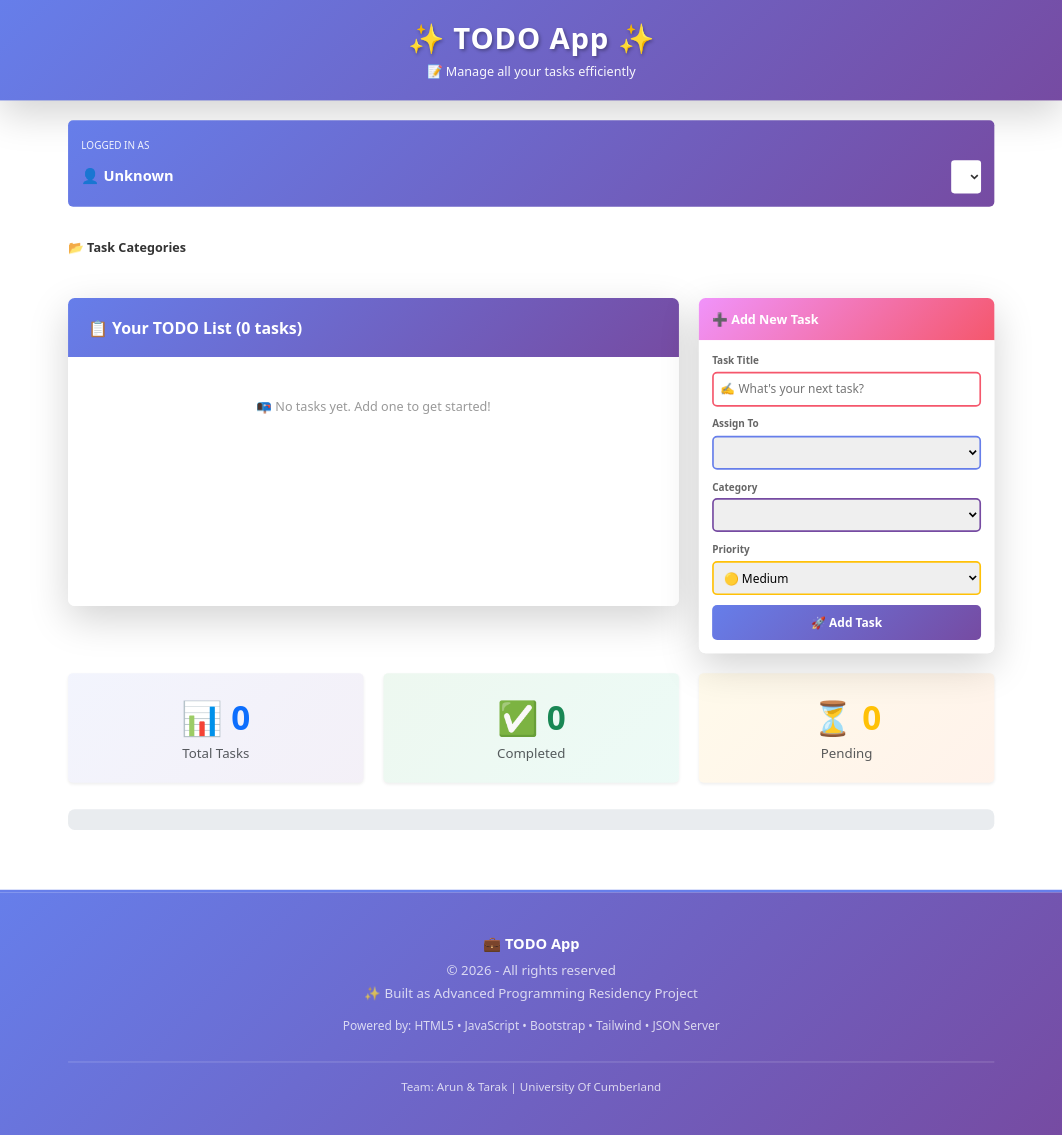
Repository: arunkr12/Master-In-Computer-Science
Page: Advanced Programming Language/Residency Project Team One Arun Javascript Version/TODO/index.html
These files come from the project's save history. The page is drawn as it stood at one moment and after the next save; the edit follows.
The browser window is 1280 px wide. The pictures show the whole page, at 83% of full size.
The page's requests for data from a server got no answer. Some web libraries are served in a nearby version.

Above is the page before, as saved 2026-02-21 08:35:39.

After the next save:
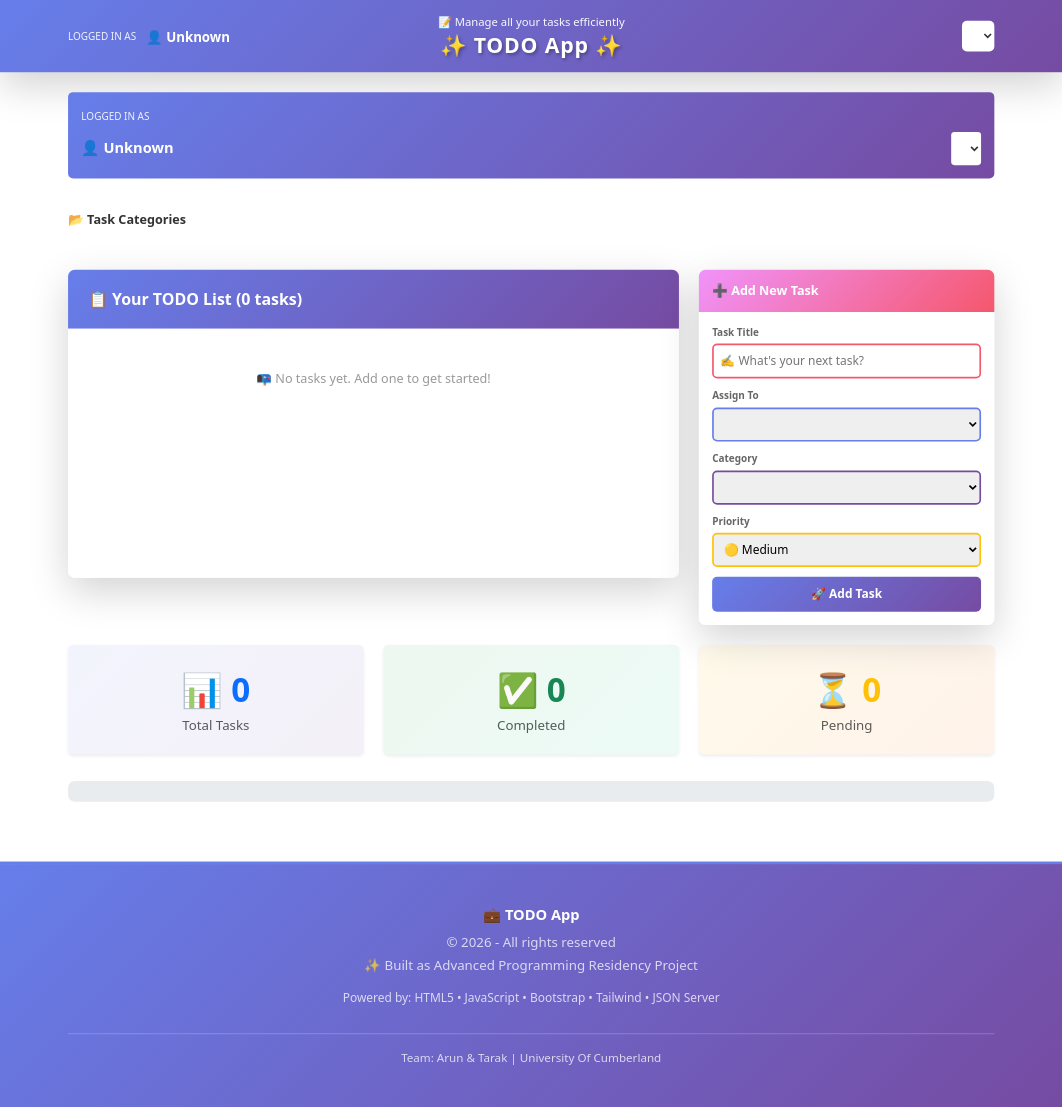
Saved 5 min 53 s later.
--- a/Advanced Programming Language/Residency Project Team One Arun Javascript Version/TODO/Header/Header.js
+++ b/Advanced Programming Language/Residency Project Team One Arun Javascript Version/TODO/Header/Header.js
@@ -5,19 +5,51 @@ class Header {
   ) {
     this.title = title;
     this.subtitle = subtitle;
+    this.users = [];
+    this.currentUserId = 1;
+  }
+
+  setUsers(users) {
+    this.users = users || [];
+  }
+
+  setCurrentUser(userId) {
+    this.currentUserId = userId;
+  }
+
+  getCurrentUser() {
+    return this.users.find((u) => u.id === this.currentUserId);
   }
 
   render() {
+    const currentUser = this.getCurrentUser();
     return `
-      <header class="bg-gradient-primary text-white py-4 shadow-lg" style="background: linear-gradient(135deg, #667eea 0%, #764ba2 100%);">
+      <header class="bg-gradient-primary text-white py-3 shadow-lg" style="background: linear-gradient(135deg, #667eea 0%, #764ba2 100%);">
         <div class="container">
-          <div class="text-center">
-            <h1 class="m-0 fw-bold" style="text-shadow: 2px 2px 4px rgba(0,0,0,0.3); letter-spacing: 1px; font-size: 2.2rem;">
-              ✨ ${this.title} ✨
-            </h1>
-            <p class="m-0 mt-2 text-white" style="font-size: 0.95rem; opacity: 0.95;">
-              📝 ${this.subtitle}
-            </p>
+          <div style="display:flex; align-items:center; justify-content:space-between; gap:1rem;">
+            <div style="display:flex; align-items:center; gap:0.75rem; flex:1;">
+              <div style="font-size:0.75rem; color: rgba(255,255,255,0.9);">LOGGED IN AS</div>
+              <div style="font-weight:700; font-size:1rem;">👤 ${currentUser ? currentUser.name : 'Unknown'}</div>
+            </div>
+
+            <div style="flex:2; text-align:center;">
+              <div style="font-size:0.85rem; opacity:0.95; margin-bottom:0.25rem;">📝 ${this.subtitle}</div>
+              <h1 class="m-0 fw-bold" style="text-shadow: 2px 2px 4px rgba(0,0,0,0.3); letter-spacing: 1px; font-size: 1.6rem;">
+                ✨ ${this.title} ✨
+              </h1>
+            </div>
+
+            <div style="display:flex; align-items:center; justify-content:flex-end; flex:1;">
+              <select class="user-selector" style="padding: 0.4rem 0.6rem; border-radius: 6px; border: none; background: white; color: #333; font-weight: bold; cursor: pointer;">
+                ${this.users
+                  .map(
+                    (user) => `
+                      <option value="${user.id}" ${user.id === this.currentUserId ? 'selected' : ''}>${user.name}</option>
+                    `,
+                  )
+                  .join("")}
+              </select>
+            </div>
           </div>
         </div>
       </header>
